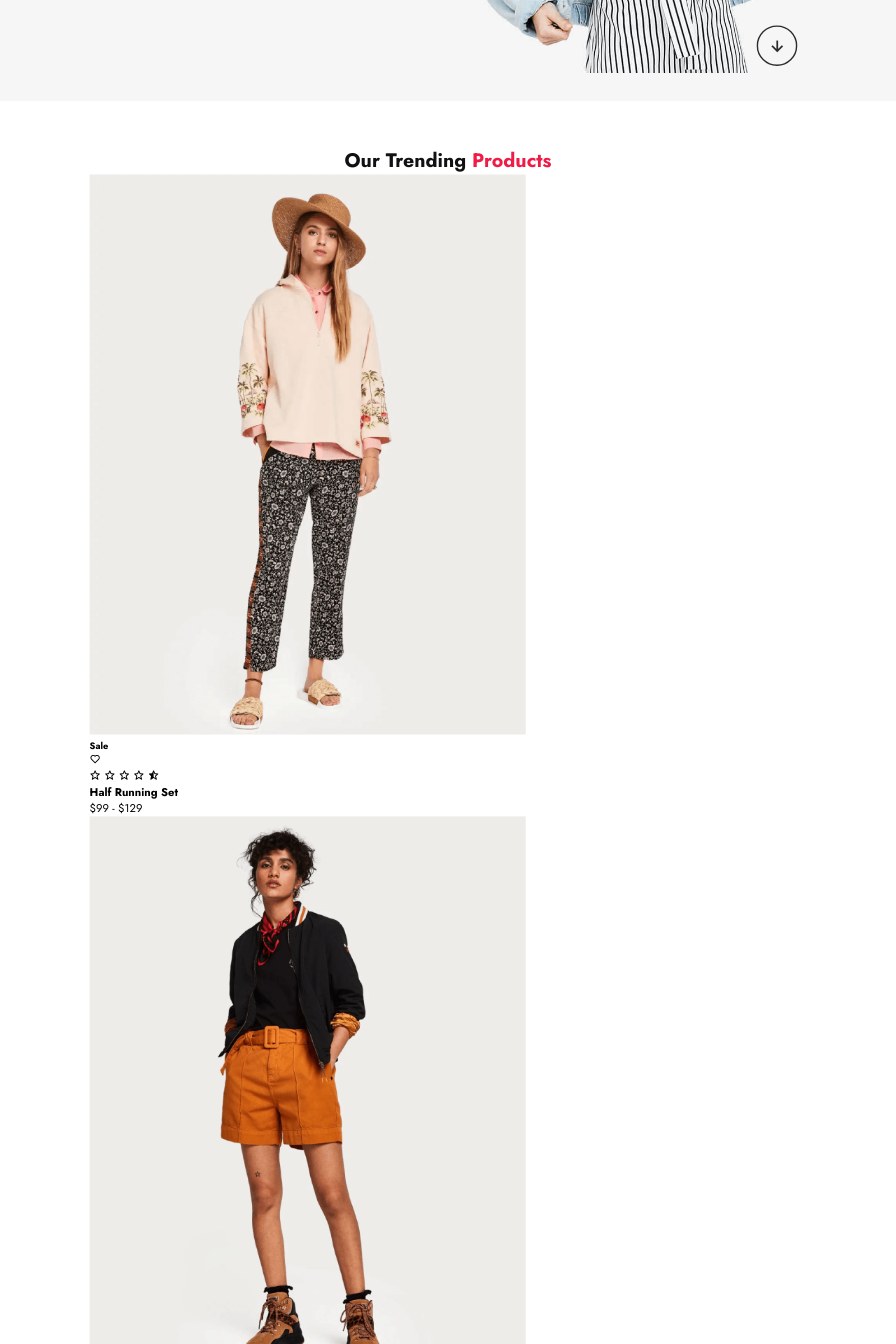
Repository: isaacCodes1/Kumo-Website.
Page: index.html
The author's editor kept a copy of each file at every save. The page is drawn from the files as they stood at one save, then again after a run of saves.
The browser window is 1280 px wide. The pictures show the part of the page from y = 575 to 2495 px (the page is 8187 px tall before and 8217 px after), at 70% of full size.

Above is the page before, as saved 2024-03-22 13:42:02.

After the next 3 saves:
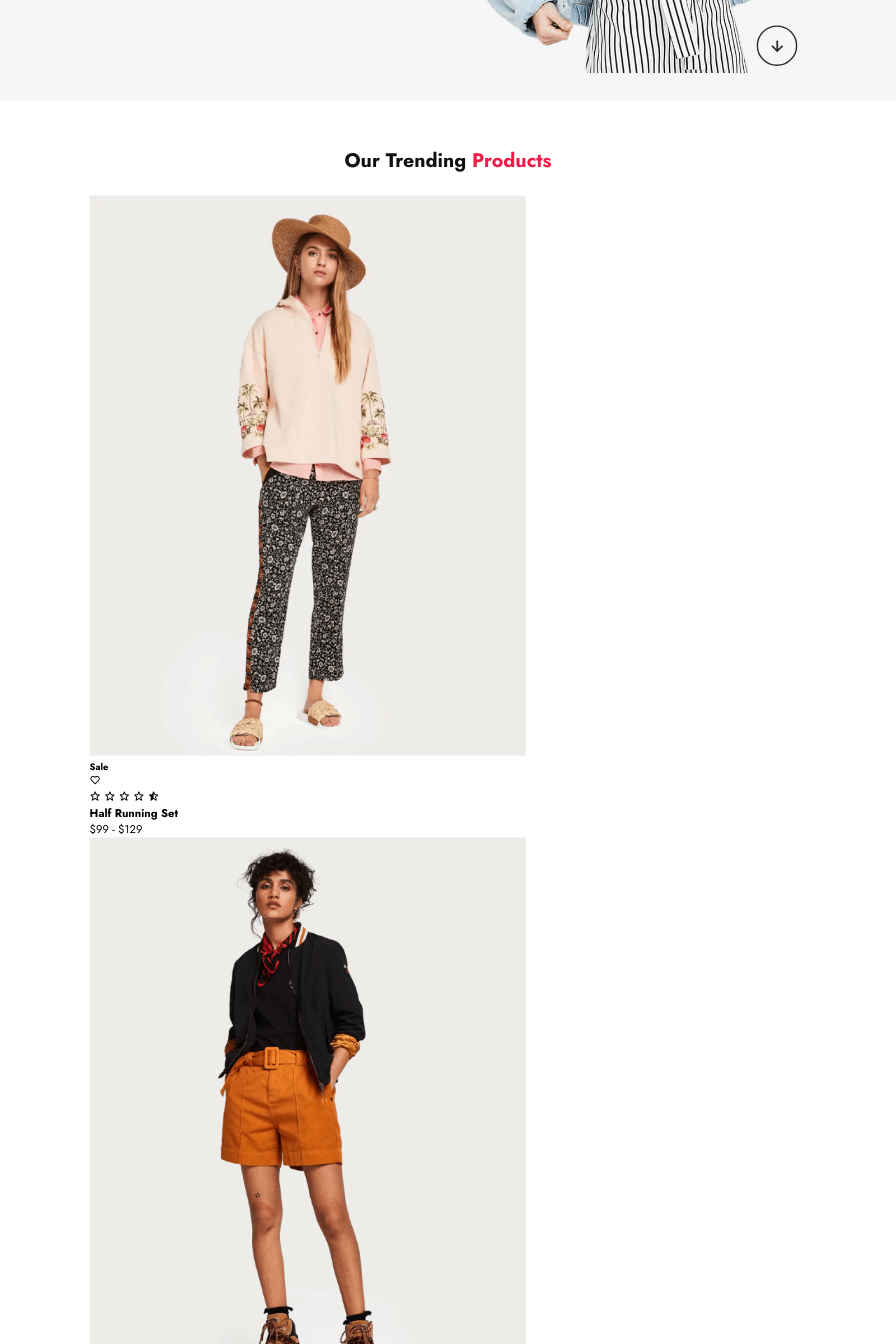
The 3 saves are shown as one change because they came seconds apart.
The last was saved 8 s later.
--- a/style.css
+++ b/style.css
@@ -139,7 +139,7 @@ header.sticky{
     font-size: 28px;
     text-transform: capitalize;
     text-align: center;
-    margi
+    margin-bottom: 30px;
 }
 .center-text span{
     color: #ee1c47;
